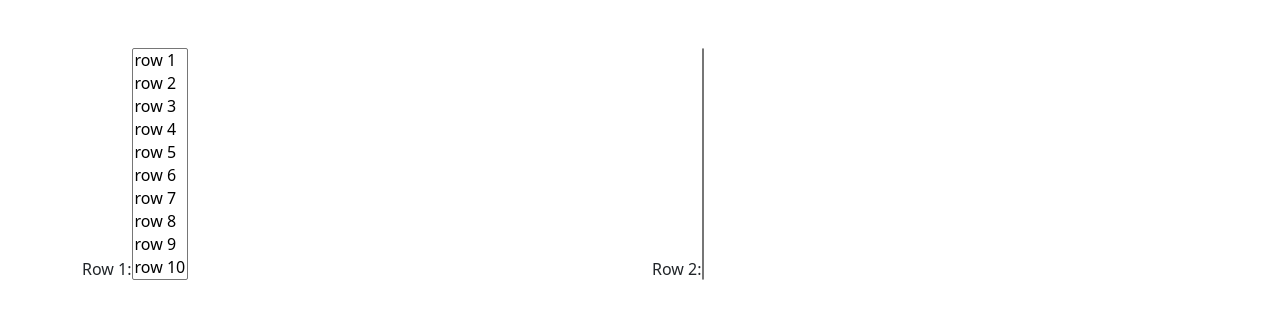
Repository: ishanbassi/iotasol-assignments
Page: /iotasol/work-10
An editor plug-in stored every save of this project. The page is shown before and after a run of saves, followed by the edit.
The browser window is 1280 px wide. The pictures show the whole page.
The project was rebuilt for these pictures with package versions that can differ from the ones it lists, and the page was loaded fresh each time. The framework's server and built-in components were replaced by stand-ins that run in the browser.

Above is the page before, as saved 2022-11-11 16:25:04.

After the next 2 saves:
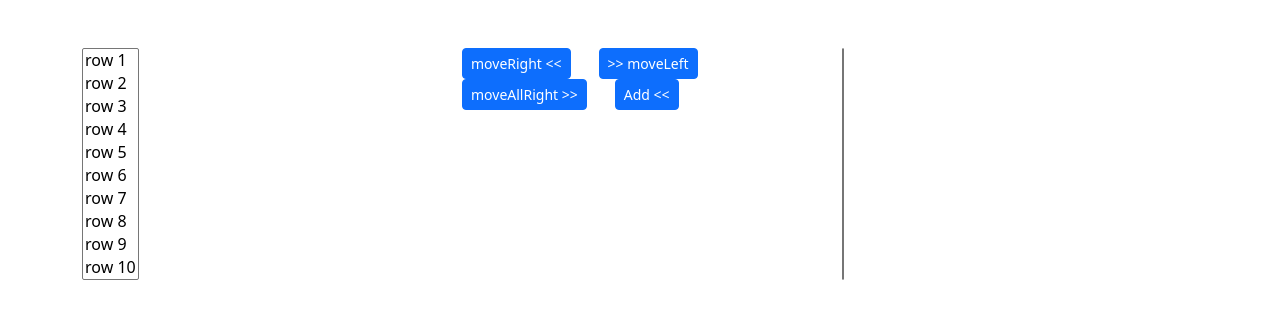
The 2 saves are shown as one change because 1 did not build or start.
The last was saved 14 min 37 s later.
--- a/pages/iotasol/work-10.tsx
+++ b/pages/iotasol/work-10.tsx
@@ -1,15 +1,27 @@
 import { useState } from "react"
-import { Container,Row,Col } from "react-bootstrap"
+import { Container,Row,Col, Button } from "react-bootstrap"
 export default function App() {
     const [select1Values, setSelect1Values] = useState([
         'row 1','row 2','row 3','row 4','row 5','row 6','row 7','row 8','row 9','row 10'
     ])
+    const moveLeft = () => {
+
+    }
+    const moveRight = () => {
+
+    }
+    const moveAllLeft = () => {
+
+    }
+    const moveAllRight = () => {
+
+    }
     const [select2Values,setSelect2Values] = useState([])
     return (
         <Container>
             <Row className="mt-5">
                 <Col >
-                    <label htmlFor="select1">Row 1:</label>
+
                     <select name="select1" id="select1" multiple size={10}>
                         {
                             select1Values.map(val => {
@@ -19,7 +31,13 @@ export default function App() {
                     </select>
                 </Col>
                 <Col>
-                    <label htmlFor="select2">Row 2:</label>
+                        <Button size="sm" onClick={moveRight}>moveRight &lt;&lt;</Button>
+                        <Button size="sm" onClick={moveLeft}>&gt;&gt; moveLeft</Button>
+                        <Button size="sm" onClick={moveAllRight}>moveAllRight &gt;&gt;</Button>
+                        <Button size="sm" onClick={moveAllLeft}>Add &lt;&lt;</Button>
+                </Col>
+                <Col>
+
                     <select name="select2" id="select2" multiple size={10}>
                         {
                             select2Values.map(val => {
